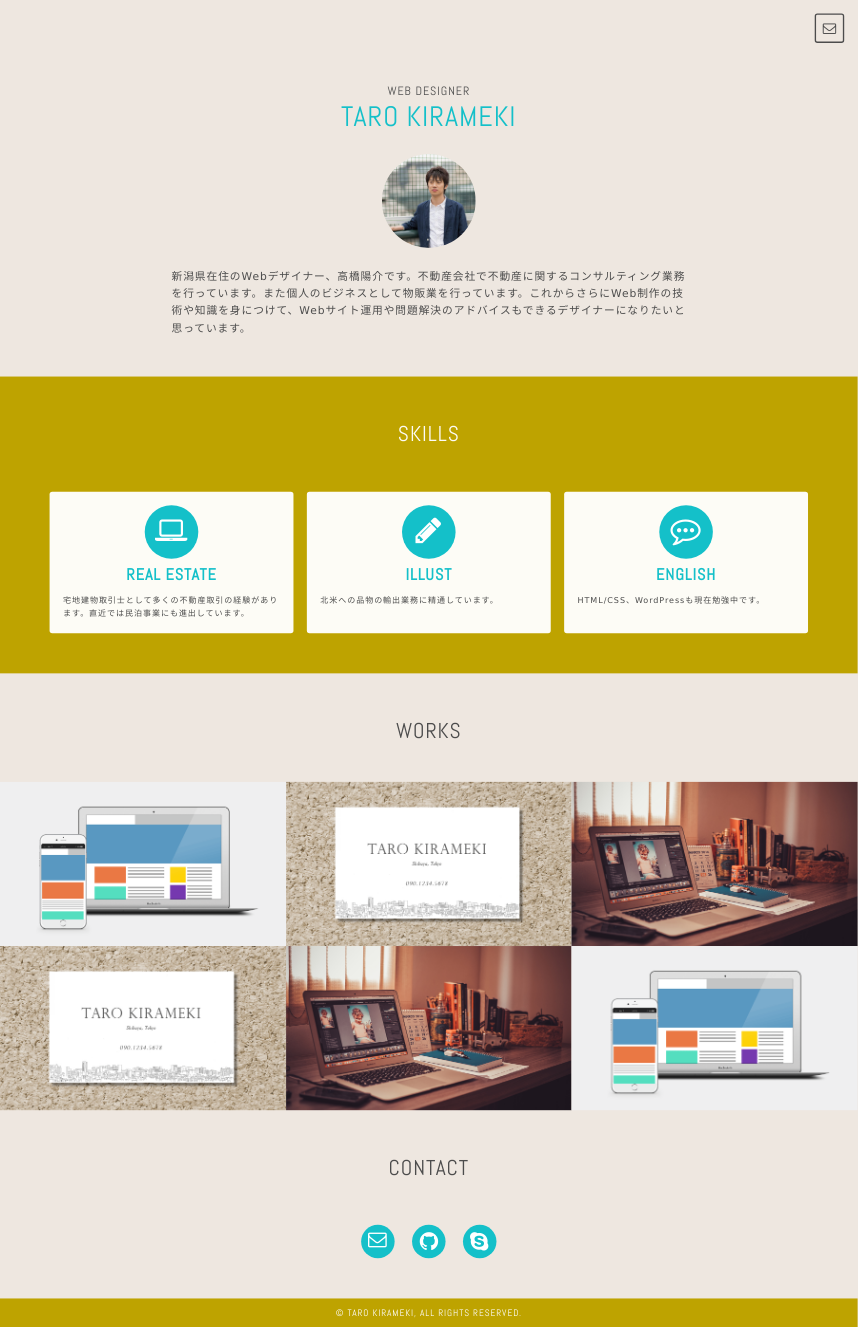
Repository: ysktkhs/responsive-site
Page: environment/portfolio/index.html
The author's editor kept a record of every edit. The page is drawn from the files as they stood at one moment, then again after the next edit.
The browser window is 1280 px wide. The pictures show the whole page, at 67% of full size.
Some web libraries are served in a nearby version.

Above is the page before.

After the next edit:
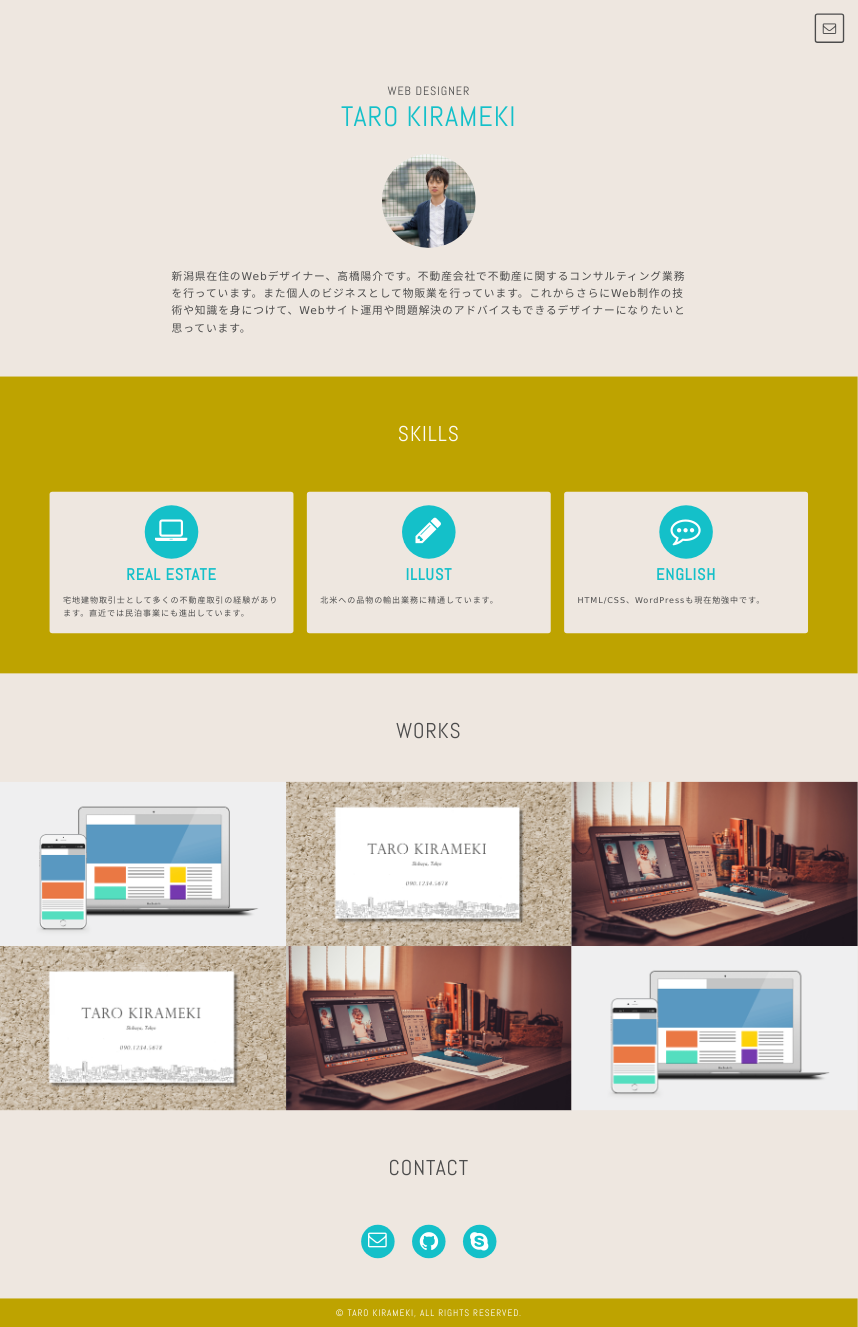
The edit:
--- a/environment/portfolio/css/style.css
+++ b/environment/portfolio/css/style.css
@@ -198,7 +198,7 @@
     -webkit-border-radius: 4px;
        -moz-border-radius: 4px;
             border-radius: 4px;
-    background-color: #fdfcf6;
+    background-color: #eee7e0;
 }
 #skills i
 {
